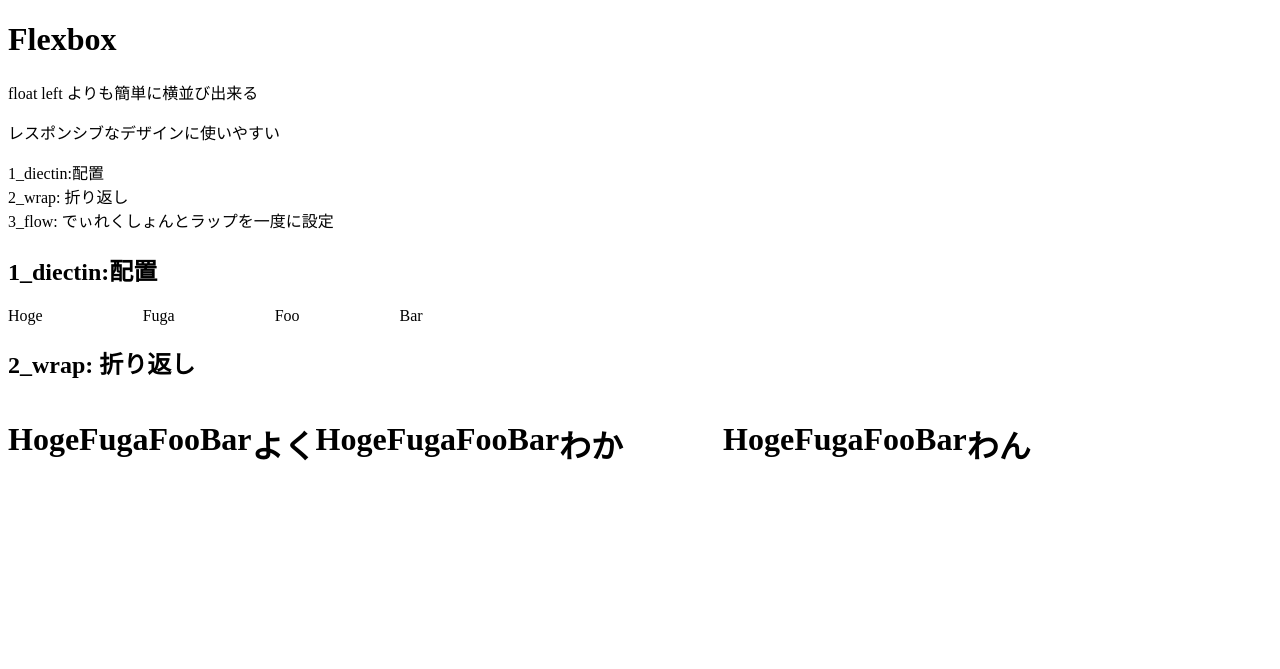
Repository: YokoInoue-u/samurai_HTML-CSS
Page: chap14.html
The author's editor kept a record of every edit. The page is drawn from the files as they stood at one moment, then again after the next edit.
The browser window is 1280 px wide. The pictures show the whole page.

Above is the page before.

After the next edit:
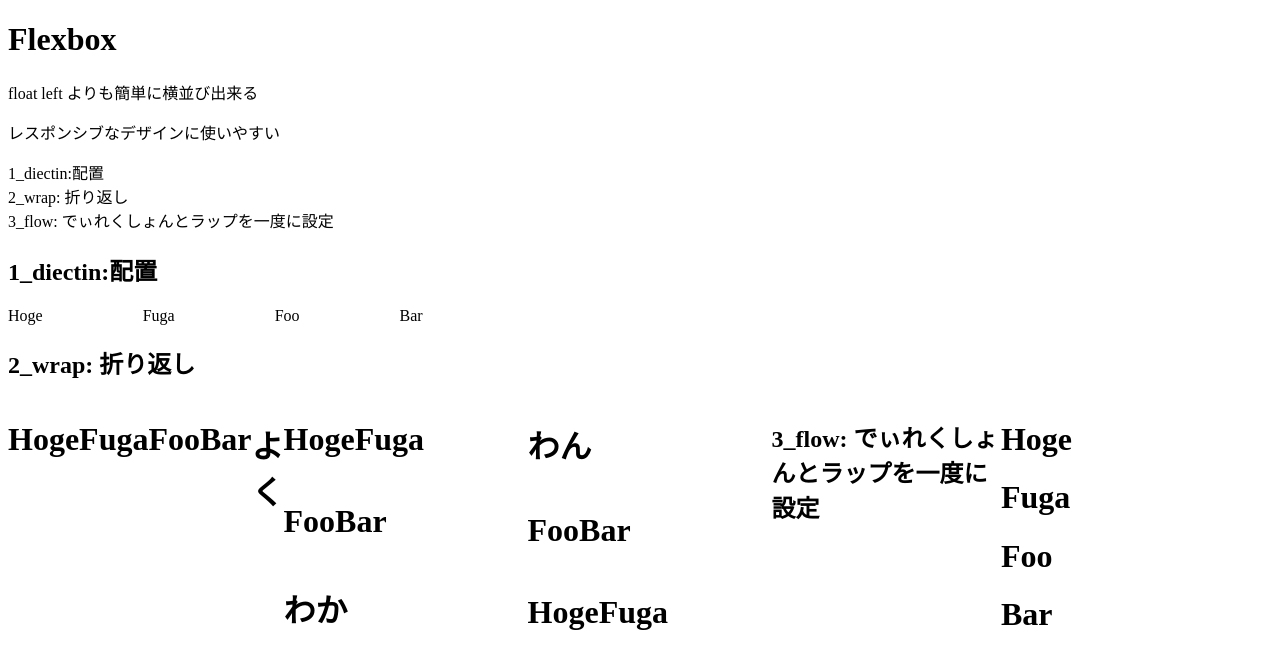
The edit:
--- a/chap14.html
+++ b/chap14.html
@@ -73,5 +73,11 @@
             <h1>Bar</h1>
             <h1>わん</h1>
         </div>
+    <h2>3_flow: でぃれくしょんとラップを一度に設定</h2>
+     <div id="flex-flow">
+            <h1>Hoge</h1>
+            <h1>Fuga</h1>
+            <h1>Foo</h1>
+            <h1>Bar</h1>
 </body>
 </html>
